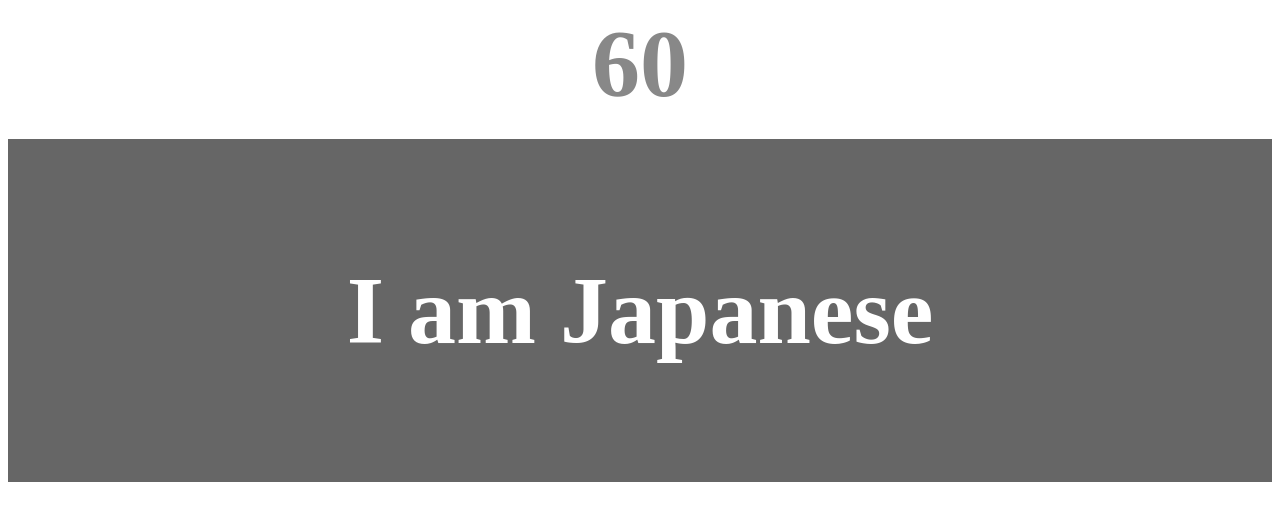
Repository: TomoyaNakajima4140/samurai_HTML-CSS
Page: images/typing.html
The author's editor kept a record of every edit. The page is drawn from the files as they stood at one moment, then again after the next edit.
The browser window is 1280 px wide. The pictures show the whole page.
After loading, the first visible `#start` was clicked once.

Above is the page before.

### images/typing.html
<!DOCTYPE html>
<html>
    <head>
        <meta charset="utf-8">
        <title>タイピングアプリ</title>
        <style>
           body {
               font-size:6em;
               text-align: center;
           }

           #count {
               margin: 0;
               font-weight: bold;
               color: #888;
           }

           #wrap {
               margin-top: 20px;
               padding: 20px 10px;
               background-color: #666;
               font-weight: bold;
               color: #fff;
           }

           span {
               transition: all 300ms 0s ease;
           }

           .add-color {
               font-size: 0.5em;
               color: #666;
           }
        </style>
    </head>
    <body>
        <p id="count">60</p>
        <div id="wrap">
            <p id="text"></p>
        </div>
        <button id="start">スタート</button>
    </body>

    <script>
    //必要なHTML要素の取得
        const wrap = document.getElementById('wrap');
        const start = document.getElementById('start')
    //複数のテキストを格納する配列
        const textLists = [
            'Hello World','This is my App','How are you?',
            'Today is sunny','I love JavaScript!','Good morning',
            'I am Japanese','Let it be','Samurai',
            'Typing Game','Information Technology',
            'I want to be a programmer','What day is today?',
            'I want to build a web app','Nice to meet you',
            'Chrome Firefox Edge Safari','machine learning',
            'Brendan Eich','John Resig','React Vue Angular',
            'Netscape Communications','undefined null NaN',
            'Thank you very much','Google Apple Facebook Amazon',
            'ECMAScript','console.log','for while if switch',
            'var let const','Windows Mac Linux iOS Android',
            'programming'
        ];

        let checkTexts = [];
    //ランダムなテキストを画面に表示する
        const createText = () => {
            const p = document.getElementById('text');

            //配列のインデックス数からランダムな数値を生成する
            const rnd = Math.floor(Math.random() * textLists.length);

            //p要素の中身を空っぽにする
            p.textContent = '';

            //画面に表示するテキスト情報をcheckTexts配列に格納する
            checkTexts = textLists[rnd].split('').map(value => {
                //span要素を生成する
                const span = document.createElement('span');

                //span要素に配列の１文字ずつを当てはめる
                span.textContent = value;

                //span要素をp要素に追加していく
                p.appendChild(span);

                //１文字ずつcheckTextsに格納していく
                return span;
            })
        };
        //スコアの初期値を設定する
        let score = 0;
    //キーイベント＆入力判定処理
        const keyDown = e => {
            if(e.key === checkTexts[0].textContent) {

                //add-colorクラスを付与する
                checkTexts[0].className = 'add-color';

                //配列から１文字を削除する
                checkTexts.shift();

                //正しい入力の時だけスコアを加算する
                score++;

                //最後まで入力したら新しいテキストを用意する
                if(!checkTexts.length) createText();
            }
        };
    //ランク判定とメッセージ生成処理
        const rankCheck = score => {
            //テキストを格納する変数を作る
            let text = '';

            //スコアに応じて異なるメッセージを変数textに格納する
            if(score < 100) {
                text = `あなたのランクはCです。\nBランクまであと${100 - score}文字です。`;
            } else if(score < 200) {
                text = `あなたのランクはBです。\nAランクまであと${200 - score}文字です。`;
            } else if(score < 300) {
                text = `あなたのランクはAです。\nSランクまであと${300 - score}文字です。`;
            } else if(score >= 300) {
                text = `あなたのランクはSです。\nおめでとうございます！`;
            }

            //生成したメッセージと一緒に文字列を返す
            return `${score}文字打てました！\n${text}\n【OK】リトライ／【キャンセル】終了`;
        };
    //ゲームの終了処理
        const gemeOver = id => {
            //タイマーをストップする
            clearInterval(id);

            //スコアの値をrankCheck()に渡してダイアログで結果を表示する
            const result = confirm(rankCheck(score));

            //OKボタンをクリックされたらリロードする
            if(result) window.location.reload();
        };
    //タイマー処理
    　　const timer = () => {
    　　  //タイマーの初期値を設定（60秒）
    　　  let time = 60;

    　　  //タイマー要素を取得する
    　　    const count = document.getElementById('count');

    　　    const id = setInterval(()=> {

    　　        //カウントが０になったらタイマーを停止する
    　　        if(time <= 0) gemeOver(id);
    　　  //タイマーの表示を１ずつ減らす
    　　       count.textContent = time--;
    　　    }, 1000);
    　　};

    //ゲームスタート時の処理
    　　start.addEventListener('click', () => {
    　　    //タイマー関数を追記する
    　　    timer();

    　　    //ランダムなテキストを表示する関数
    　　   createText();

    　　   //「スタート」ボタンを非表示にする処理を追記
    　　   start.style.display = 'none';

    　　  //キーボードのイベント処理
    　　  document.addEventListener('keydown', keyDown);
    　　})
    </script>
</html>

After the next edit:
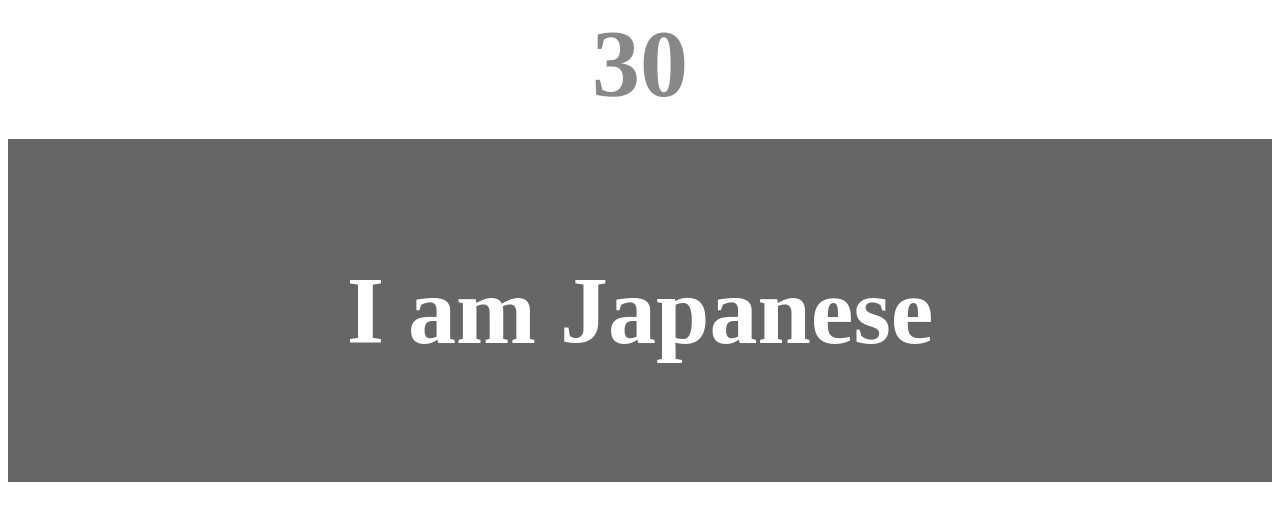
The edit:
--- a/images/typing.html
+++ b/images/typing.html
@@ -140,7 +140,7 @@
     //タイマー処理
     　　const timer = () => {
     　　  //タイマーの初期値を設定（60秒）
-    　　  let time = 60;
+    　　  let time = 30;
 
     　　  //タイマー要素を取得する
     　　    const count = document.getElementById('count');
